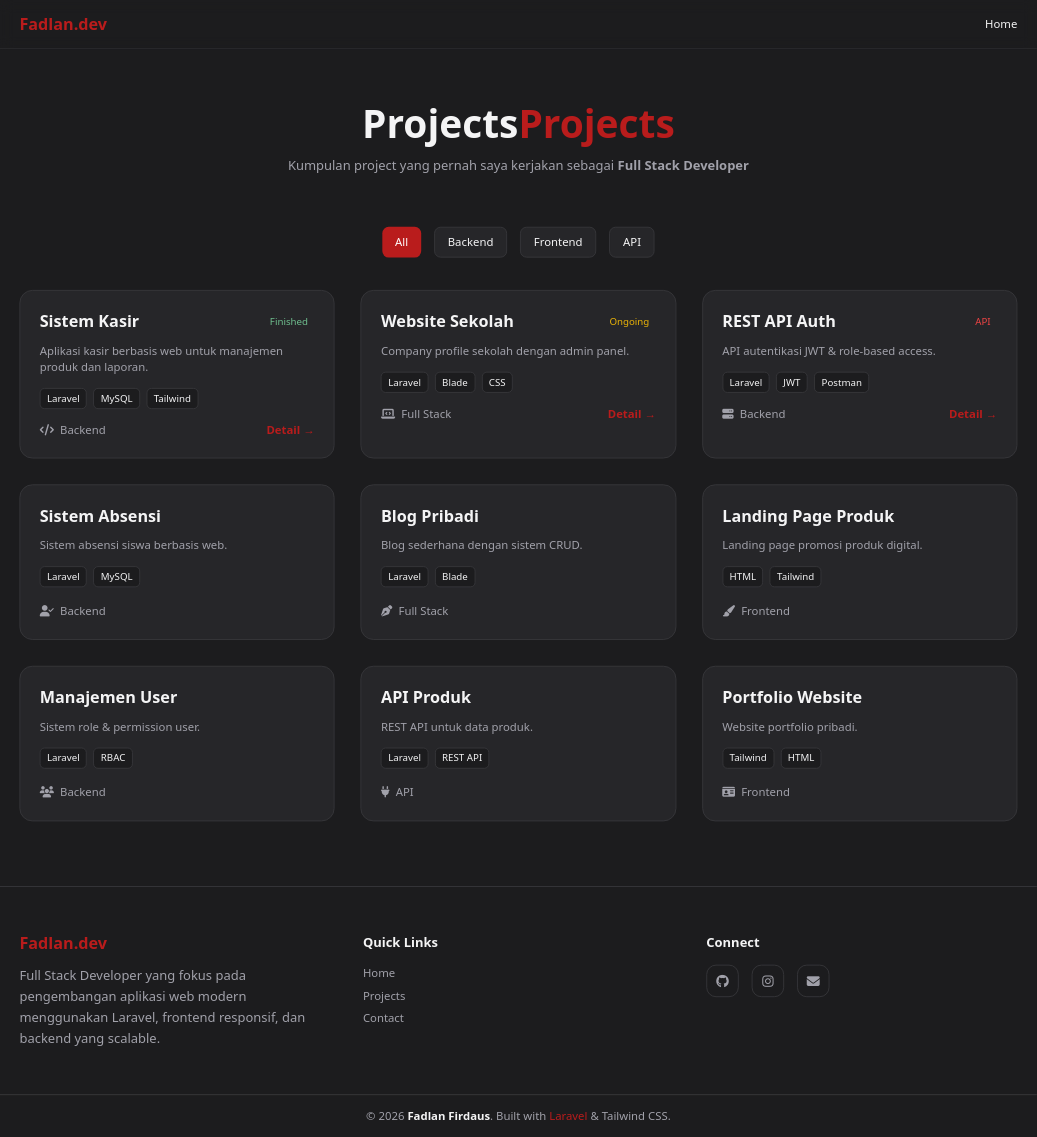
Repository: Fadlan079/Personal-Portfolio
Page: http://localhost/project
These files come from the project's save history. The page is drawn as it stood at one moment and after the next save; the edit follows.
The browser window is 1280 px wide. The pictures show the whole page, at 81% of full size.
Some web libraries are served in a nearby version. The page is served by the project's Laravel application, run on PHP 8.4 with Laravel 12. Other server files are loaded and not shown.

Above is the page before, as saved 2026-01-15 09:03:06.

### routes/web.php
<?php

use Illuminate\Support\Facades\Route;
use App\Http\Controllers\ProjectController;

// Route::get('/', function () {
//     return view('welcome');
// });

Route::get('/', function () {
    return view('portofolio');
});

// Route::get('/project', function () {
//     return view('project');
// });

Route::get('/project', [ProjectController::class, 'index']);

### app/Http/Controllers/ProjectController.php
<?php

namespace App\Http\Controllers;

use Illuminate\Http\Request;
use illuminate\view\project;

class ProjectController extends Controller
{
    public function index(){
     return view('project',
     [
        'nama' => 'Fadlan'
     ]);
    }
}

### resources/views/project.blade.php
<!DOCTYPE html>
<html lang="id">
<head>
  <meta charset="UTF-8" />
  <meta name="viewport" content="width=device-width, initial-scale=1.0" />
  <title>Projects | Fadlan</title>

  <!-- Tailwind -->
  <script src="https://cdn.tailwindcss.com"></script>

  <!-- Font Awesome -->
  <link rel="stylesheet" href="https://cdnjs.cloudflare.com/ajax/libs/font-awesome/6.5.1/css/all.min.css"/>

  <script>
    tailwind.config = {
      theme: {
        extend: {
          colors: {
            bg: 'var(--color-bg)',
            surface: 'var(--color-surface)',
            border: 'var(--color-border)',
            text: 'var(--color-text)',
            muted: 'var(--color-muted)',
            primary: 'var(--color-primary)',
            success: 'var(--color-success)',
            danger: 'var(--color-danger)',
            warning: 'var(--color-warning)',
          }
        }
      }
    }

  </script>

  <style>
    :root {
      --color-bg: #1c1c1e;
      --color-surface: #262629;
      --color-border: #3a3a3d;
      --color-text: #f4f4f5;
      --color-muted: #a1a1aa;
      --color-primary: #b91c1c;
      --color-success: #6fbf8f;
      --color-danger:  #ef4444;
      --color-warning: #eab308;
    }

    html {
      scroll-behavior: smooth;
    }
    .tag {
  padding: 0.25rem 0.5rem;
  background: var(--color-bg);
  border: 1px solid var(--color-border);
  border-radius: 0.375rem;
}

/* ===== Custom Scrollbar ===== */

/* Firefox */
* {
  scrollbar-width: thin;
  scrollbar-color: #ef4444 transparent; /* merah tailwind red-500 */
}

/* Chrome, Edge, Safari */
::-webkit-scrollbar {
  width: 10px;
}

::-webkit-scrollbar-track {
  background: transparent;
}

::-webkit-scrollbar-thumb {
  background: linear-gradient(
    180deg,
    #ef4444,
    #dc2626
  ); /* gradasi merah */
  border-radius: 999px;
  border: 2px solid transparent;
  background-clip: content-box;
}

::-webkit-scrollbar-thumb:hover {
  background: linear-gradient(
    180deg,
    #f87171,
    #ef4444
  );
}

  </style>
</head>

<body class="bg-bg text-text">

<!-- Navbar -->
<nav class="fixed w-full bg-bg/80 backdrop-blur border-b border-border z-50">
  <div class="max-w-7xl mx-auto px-6 py-4 flex justify-between items-center">
    <h1 class="text-xl font-bold text-primary">Fadlan.dev</h1>
    <ul class="flex gap-6 text-sm">
      <li class="relative group">
        <a href="/">Home</a>
        <span class="absolute left-0 -bottom-1 h-[2px] w-0 bg-primary transition-all group-hover:w-full"></span>
      </li>
    </ul>
  </div>
</nav>
<!-- Header -->
<header class="pt-32 pb-16 text-center">
  <h1 class="text-4xl md:text-5xl font-extrabold mb-4">
    Projects<span class="text-primary">Projects</span>
  </h1>
  <p class="text-muted max-w-2xl mx-auto">
    Kumpulan project yang pernah saya kerjakan sebagai
    <strong>Full Stack Developer</strong>
  </p>
</header>

<!-- Filter -->
<section class="pb-10">
  <div class="max-w-6xl mx-auto px-6 flex justify-center gap-4 flex-wrap">
    <button class="px-4 py-2 bg-primary text-white rounded-lg text-sm">All</button>
    <button class="px-4 py-2 bg-surface border border-border rounded-lg text-sm hover:text-primary">Backend</button>
    <button class="px-4 py-2 bg-surface border border-border rounded-lg text-sm hover:text-primary">Frontend</button>
    <button class="px-4 py-2 bg-surface border border-border rounded-lg text-sm hover:text-primary">API</button>
  </div>
</section>

<!-- Projects List -->
<section class="pb-20">
  <div class="max-w-7xl mx-auto px-6 grid md:grid-cols-3 gap-8">

    <!-- 1 -->
    <div class="bg-surface border border-border rounded-2xl p-6 hover:-translate-y-2 transition">
      <div class="flex justify-between items-center mb-3">
        <h3 class="text-xl font-semibold">Sistem Kasir</h3>
        <span class="text-xs px-2 py-1 rounded bg-success/20 text-success">Finished</span>
      </div>
      <p class="text-muted text-sm mb-4">
        Aplikasi kasir berbasis web untuk manajemen produk dan laporan.
      </p>
      <div class="flex flex-wrap gap-2 text-xs mb-4">
        <span class="tag">Laravel</span><span class="tag">MySQL</span><span class="tag">Tailwind</span>
      </div>
      <div class="flex justify-between text-sm">
        <span class="text-muted"><i class="fa-solid fa-code mr-1"></i> Backend</span>
        <a href="#" class="text-primary font-semibold hover:underline">Detail →</a>
      </div>
    </div>

    <!-- 2 -->
    <div class="bg-surface border border-border rounded-2xl p-6 hover:-translate-y-2 transition">
      <div class="flex justify-between items-center mb-3">
        <h3 class="text-xl font-semibold">Website Sekolah</h3>
        <span class="text-xs px-2 py-1 rounded bg-warning/20 text-warning">Ongoing</span>
      </div>
      <p class="text-muted text-sm mb-4">
        Company profile sekolah dengan admin panel.
      </p>
      <div class="flex flex-wrap gap-2 text-xs mb-4">
        <span class="tag">Laravel</span><span class="tag">Blade</span><span class="tag">CSS</span>
      </div>
      <div class="flex justify-between text-sm">
        <span class="text-muted"><i class="fa-solid fa-laptop-code mr-1"></i> Full Stack</span>
        <a href="#" class="text-primary font-semibold hover:underline">Detail →</a>
      </div>
    </div>

    <!-- 3 -->
    <div class="bg-surface border border-border rounded-2xl p-6 hover:-translate-y-2 transition">
      <div class="flex justify-between items-center mb-3">
        <h3 class="text-xl font-semibold">REST API Auth</h3>
        <span class="text-xs px-2 py-1 rounded bg-danger/20 text-danger">API</span>
      </div>
      <p class="text-muted text-sm mb-4">
        API autentikasi JWT & role-based access.
      </p>
      <div class="flex flex-wrap gap-2 text-xs mb-4">
        <span class="tag">Laravel</span><span class="tag">JWT</span><span class="tag">Postman</span>
      </div>
      <div class="flex justify-between text-sm">
        <span class="text-muted"><i class="fa-solid fa-server mr-1"></i> Backend</span>
        <a href="#" class="text-primary font-semibold hover:underline">Detail →</a>
      </div>
    </div>

    <!-- 4 -->
    <div class="bg-surface border border-border rounded-2xl p-6 hover:-translate-y-2 transition">
      <h3 class="text-xl font-semibold mb-3">Sistem Absensi</h3>
      <p class="text-muted text-sm mb-4">
        Sistem absensi siswa berbasis web.
      </p>
      <div class="flex flex-wrap gap-2 text-xs mb-4">
        <span class="tag">Laravel</span><span class="tag">MySQL</span>
      </div>
      <span class="text-muted text-sm"><i class="fa-solid fa-user-check mr-1"></i> Backend</span>
    </div>

    <!-- 5 -->
    <div class="bg-surface border border-border rounded-2xl p-6 hover:-translate-y-2 transition">
      <h3 class="text-xl font-semibold mb-3">Blog Pribadi</h3>
      <p class="text-muted text-sm mb-4">
        Blog sederhana dengan sistem CRUD.
      </p>
      <div class="flex flex-wrap gap-2 text-xs mb-4">
        <span class="tag">Laravel</span><span class="tag">Blade</span>
      </div>
      <span class="text-muted text-sm"><i class="fa-solid fa-pen-nib mr-1"></i> Full Stack</span>
    </div>

    <!-- 6 -->
    <div class="bg-surface border border-border rounded-2xl p-6 hover:-translate-y-2 transition">
      <h3 class="text-xl font-semibold mb-3">Landing Page Produk</h3>
      <p class="text-muted text-sm mb-4">
        Landing page promosi produk digital.
      </p>
      <div class="flex flex-wrap gap-2 text-xs mb-4">
        <span class="tag">HTML</span><span class="tag">Tailwind</span>
      </div>
      <span class="text-muted text-sm"><i class="fa-solid fa-paintbrush mr-1"></i> Frontend</span>
    </div>

    <!-- 7 -->
    <div class="bg-surface border border-border rounded-2xl p-6 hover:-translate-y-2 transition">
      <h3 class="text-xl font-semibold mb-3">Manajemen User</h3>
      <p class="text-muted text-sm mb-4">
        Sistem role & permission user.
      </p>
      <div class="flex flex-wrap gap-2 text-xs mb-4">
        <span class="tag">Laravel</span><span class="tag">RBAC</span>
      </div>
      <span class="text-muted text-sm"><i class="fa-solid fa-users mr-1"></i> Backend</span>
    </div>

    <!-- 8 -->
    <div class="bg-surface border border-border rounded-2xl p-6 hover:-translate-y-2 transition">
      <h3 class="text-xl font-semibold mb-3">API Produk</h3>
      <p class="text-muted text-sm mb-4">
        REST API untuk data produk.
      </p>
      <div class="flex flex-wrap gap-2 text-xs mb-4">
        <span class="tag">Laravel</span><span class="tag">REST API</span>
      </div>
      <span class="text-muted text-sm"><i class="fa-solid fa-plug mr-1"></i> API</span>
    </div>

    <!-- 9 -->
    <div class="bg-surface border border-border rounded-2xl p-6 hover:-translate-y-2 transition">
      <h3 class="text-xl font-semibold mb-3">Portfolio Website</h3>
      <p class="text-muted text-sm mb-4">
        Website portfolio pribadi.
      </p>
      <div class="flex flex-wrap gap-2 text-xs mb-4">
        <span class="tag">Tailwind</span><span class="tag">HTML</span>
      </div>
      <span class="text-muted text-sm"><i class="fa-solid fa-id-card mr-1"></i> Frontend</span>
    </div>

  </div>
</section>


<!-- Footer -->
<footer class="relative border-t border-border bg-bg">
  <!-- Glow -->
  <div class="absolute inset-0 -z-10">
    <div class="absolute bottom-0 left-1/2 -translate-x-1/2
                w-[400px] h-[400px]
                bg-primary/20 blur-[120px] rounded-full"></div>
  </div>

  <div class="max-w-7xl mx-auto px-6 py-14 grid gap-10 md:grid-cols-3">

    <!-- Brand -->
    <div>
      <h3 class="text-xl font-bold text-primary mb-3">Fadlan.dev</h3>
      <p class="text-muted leading-relaxed">
        Full Stack Developer yang fokus pada pengembangan
        aplikasi web modern menggunakan Laravel,
        frontend responsif, dan backend yang scalable.
      </p>
    </div>

    <!-- Quick Links -->
    <div>
      <h4 class="font-semibold mb-4 text-text">Quick Links</h4>
      <ul class="space-y-2 text-muted text-sm">
        <li>
          <a href="#home" class="hover:text-primary transition">Home</a>
        </li>
        <li>
          <a href="#projects" class="hover:text-primary transition">Projects</a>
        </li>
        <li>
          <a href="#contact" class="hover:text-primary transition">Contact</a>
        </li>
      </ul>
    </div>

    <!-- Social -->
    <div>
      <h4 class="font-semibold mb-4 text-text">Connect</h4>
      <div class="flex gap-4">
        <a href="https://github.com/Fadlan079" target="_blank"
           class="w-10 h-10 rounded-xl border border-border
                  flex items-center justify-center
                  text-muted hover:text-primary hover:border-primary
                  transition">
          <i class="fa-brands fa-github"></i>
        </a>
        <a href="https://instagram.com/fdln007" target="_blank"
           class="w-10 h-10 rounded-xl border border-border
                  flex items-center justify-center
                  text-muted hover:text-primary hover:border-primary
                  transition">
          <i class="fa-brands fa-instagram"></i>
        </a>
        <a href="mailto:fadlanfirdaus220@gmail.com"
           class="w-10 h-10 rounded-xl border border-border
                  flex items-center justify-center
                  text-muted hover:text-primary hover:border-primary
                  transition">
          <i class="fa-solid fa-envelope"></i>
        </a>
      </div>
    </div>

  </div>

  <!-- Bottom -->
  <div class="border-t border-border text-center py-4 text-muted text-sm">
    © 2026 <span class="text-text font-semibold">Fadlan Firdaus</span>.
    Built with <span class="text-primary">Laravel</span> & Tailwind CSS.
  </div>
</footer>
</body>
</html>

Loaded but not shown: app/Http/Controllers/Controller.php (common file)

After the next save:
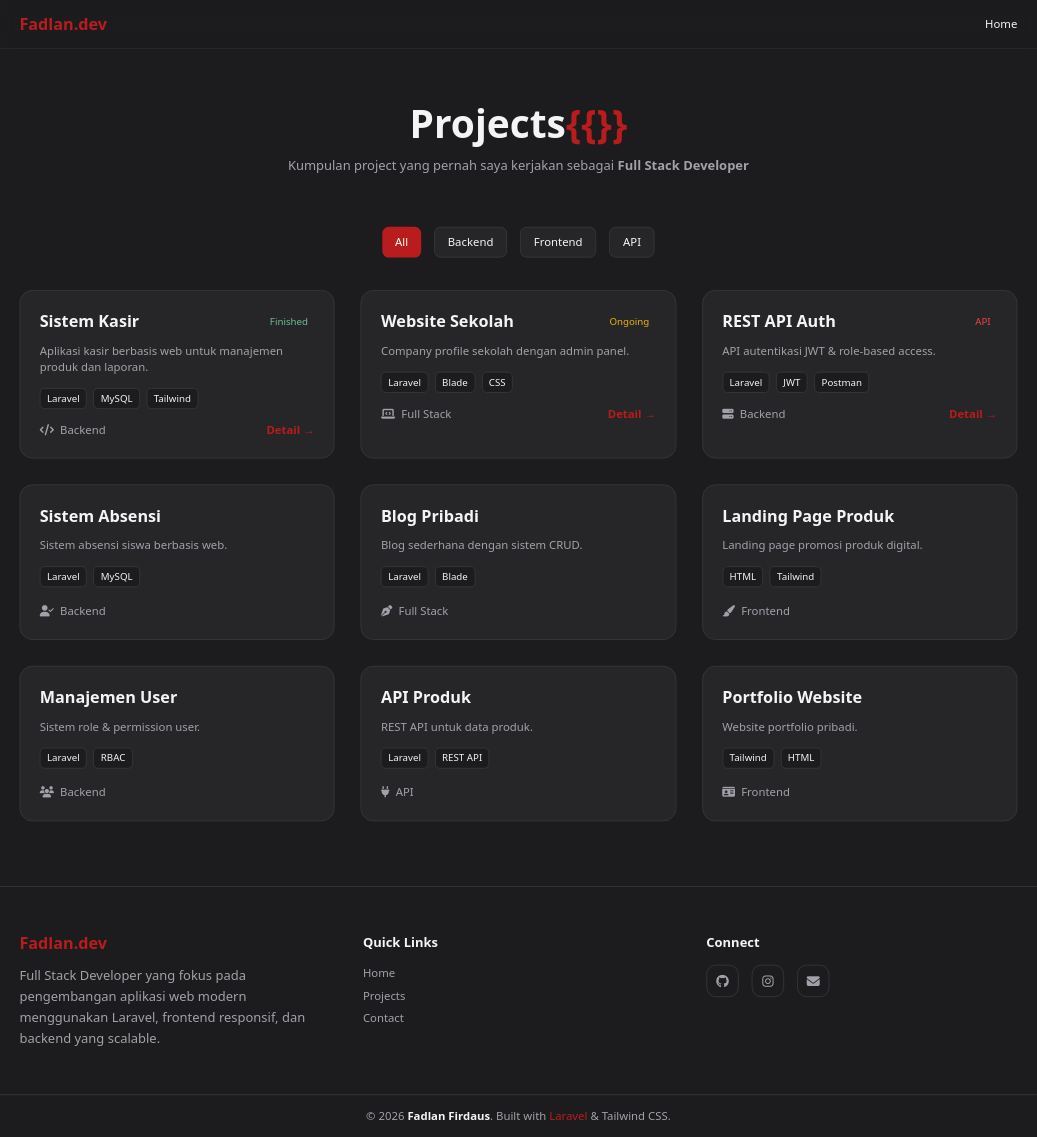
Saved 4 s later.
--- a/resources/views/project.blade.php
+++ b/resources/views/project.blade.php
@@ -111,7 +111,7 @@
 <!-- Header -->
 <header class="pt-32 pb-16 text-center">
   <h1 class="text-4xl md:text-5xl font-extrabold mb-4">
-    Projects<span class="text-primary">Projects</span>
+    Projects<span class="text-primary">{{}}</span>
   </h1>
   <p class="text-muted max-w-2xl mx-auto">
     Kumpulan project yang pernah saya kerjakan sebagai
